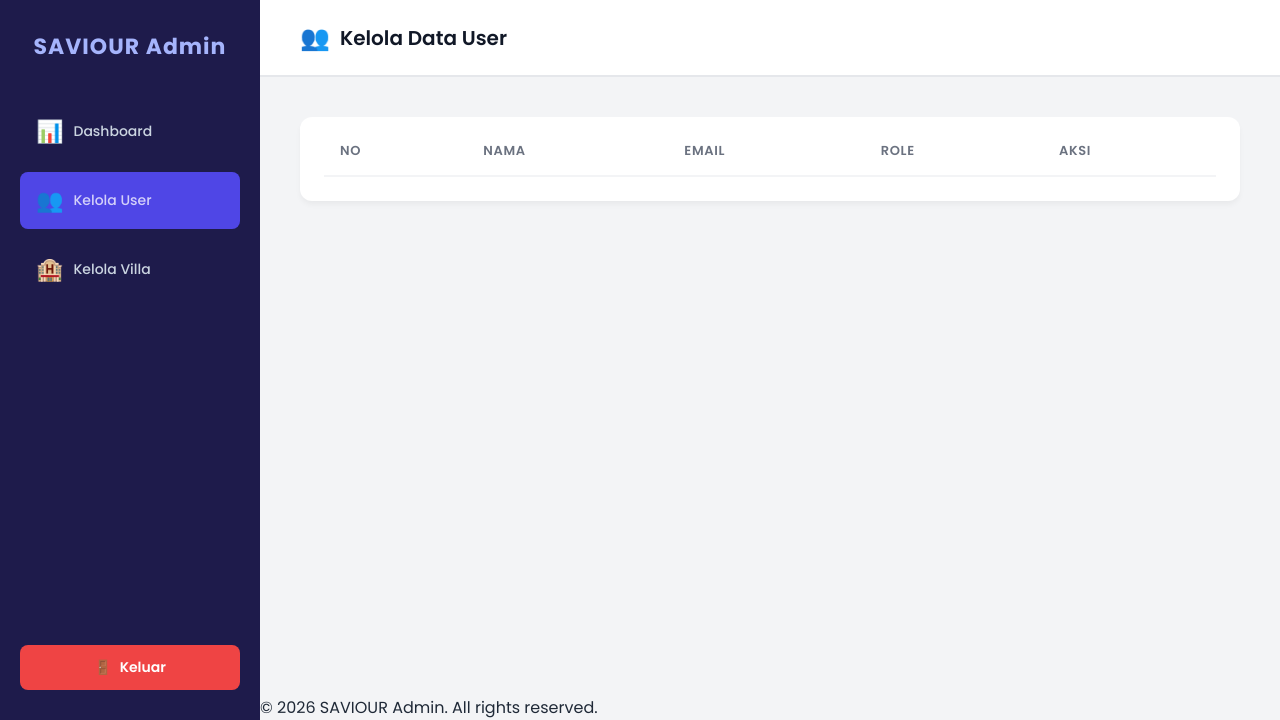
Repository: Risalagustian5/kelompok-rsr
Page: resources/views/admin/users.blade.php
These files come from the project's save history. The page is drawn as it stood at one moment and after a run of saves; the edit follows.
The browser window is 1280 px wide. The pictures show the whole page.
The page is served by the project's Laravel application, run on PHP 8.4 with Laravel 12. The template is opened directly, without the code that normally fills it, so the values that code supplies are empty.

Above is the page before, as saved 2026-07-05 15:45:22.

After the next 2 saves:
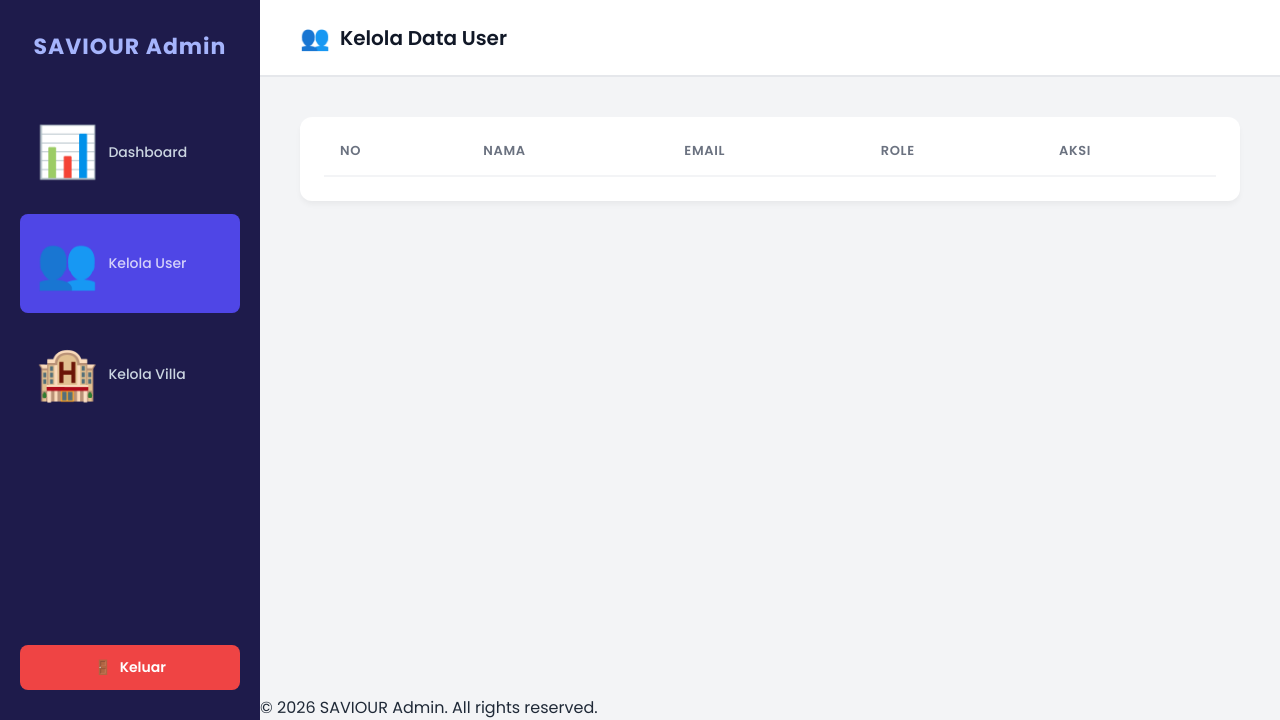
The 2 saves are shown as one change because they came seconds apart.
The last was saved 2 min 20 s later.
--- a/public/css/ADMIN.css
+++ b/public/css/ADMIN.css
@@ -103,7 +103,7 @@
 }
 
 .sidebar-menu li a .menu-icon {
-    font-size: 22px;
+    font-size: 50px;
 }
 
 .btn-logout {

After the save that followed:
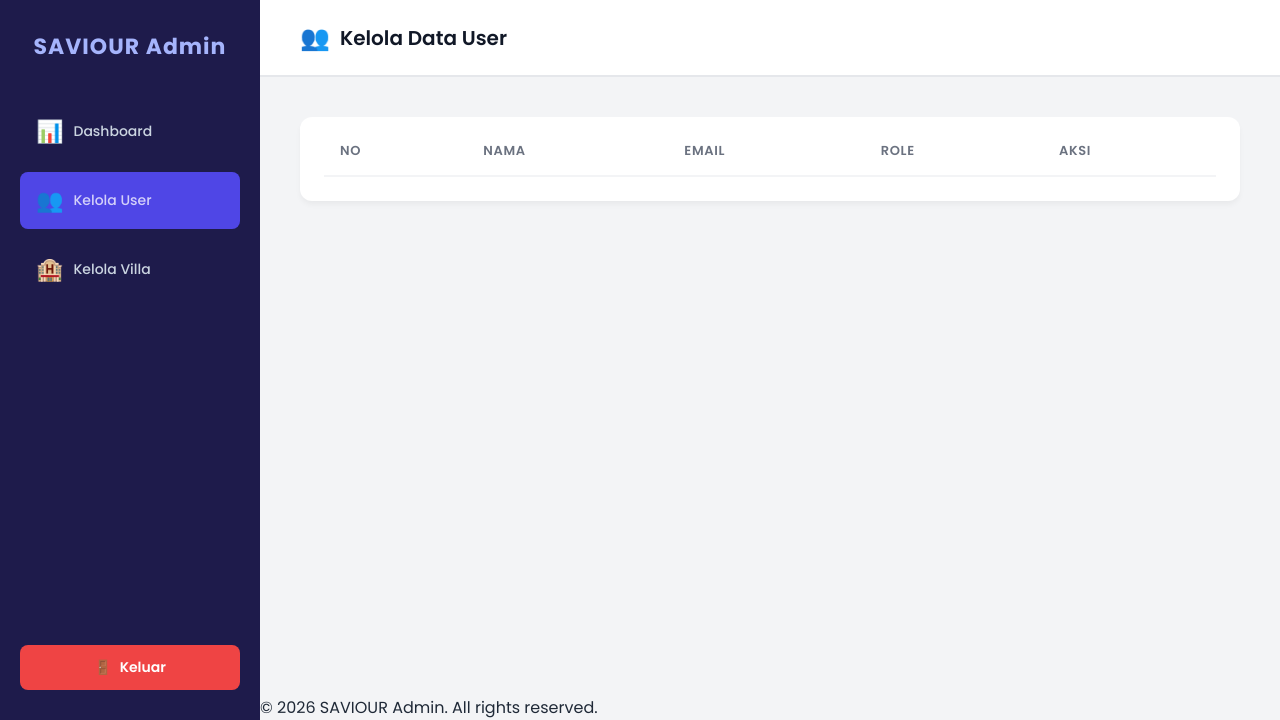
Saved 15 s later.
--- a/public/css/ADMIN.css
+++ b/public/css/ADMIN.css
@@ -103,7 +103,7 @@
 }
 
 .sidebar-menu li a .menu-icon {
-    font-size: 50px;
+    font-size: 22px;
 }
 
 .btn-logout {
